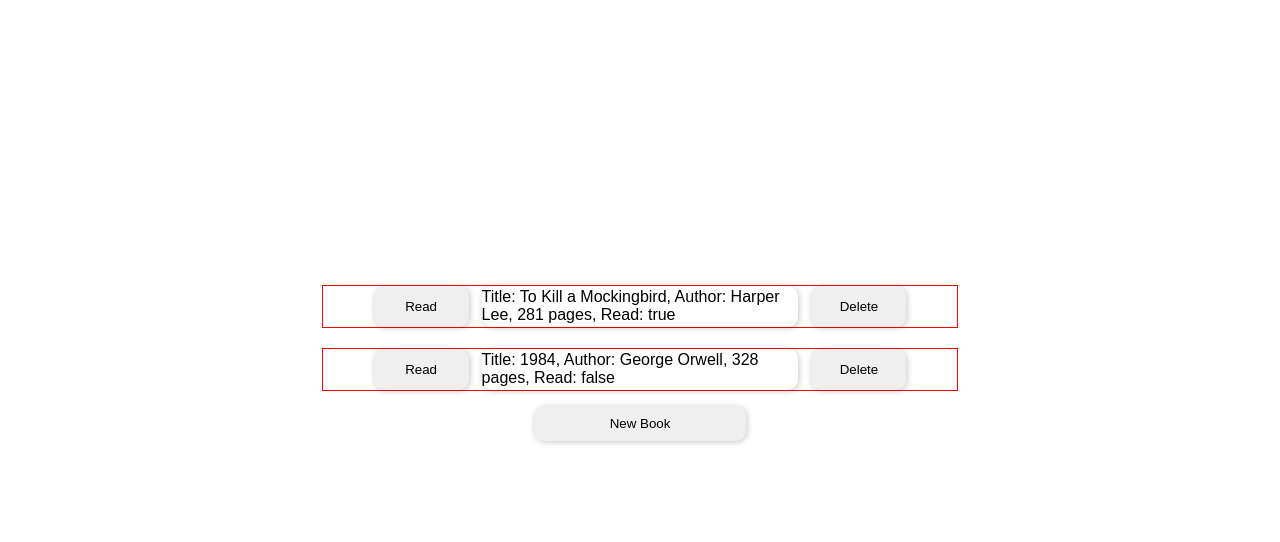
Repository: kocokoy/library
Page: index.html
An editor plug-in stored every save of this project. The page is shown before and after the next save, followed by the edit.
The browser window is 1280 px wide. The pictures show the whole page.

Above is the page before, as saved 2024-11-06 10:49:01.

### index.html
<!DOCTYPE html>
<html lang="en">
<head>
  <meta charset="UTF-8">
  <meta name="viewport" content="width=device-width, initial-scale=1.0">
  <link rel="stylesheet" href="style.css">
  <title>Document</title>
</head>
<body>
  <div class="container">
    <div class="display-button-card">
      <div class="book-display jsBookDisplay">
      </div>
      <button class="new-book-button jsNewBookButton">New Book</button>
    </div>
    <div class=" jsAddNewBookCardHolder hide-add-new-book-card-holder">
      <div class="add-new-book-card ">
        <div>
          <input class="jsBookTitle" type="text">
          <input class="jsBookAuthor" type="text">
          <input class="jsBookPages" type="text">
          <input class="jsBookRead" type="text">
          <button class="jsAddBook">Add</button>
        </div>
      </div>
    </div>

  </div>
<script src="script.js"></script>
</body>
</html>

### style.css
body{
  width: 100%;
  height: 100vh;
  padding: 0;
  margin: 0;
  font-family: Arial, Helvetica, sans-serif;
}
.container{
  display: flex;
  flex-direction: column;
  justify-content: center;
  align-items: center;
  height: 100%;
  width: 100%;
}
.display-button-card{
  display: flex;
  flex-direction: column;
  justify-content: center;
  align-items: center;

  width: 55%;
}
.book-display{
  display: flex;
  flex-direction: column;
  justify-content: center;
  align-items: center;
  width: 100%;
}

.book-card{
  display: flex;
  flex-direction: row;
  justify-content: center;
  align-items: center;
  margin: 10px;
  width: 90%;
  height: 100%;
  border: 1px solid red;
}

.book-card div{
  /* padding: 10px 0px; */
  border-radius: 10px;
  box-shadow: 1px 1px 6px  rgba(0, 0, 0, 0.219);
  width: 50%;
  height: 100%;
  display: flex;
  flex-direction: column;
  justify-content: center;
  align-items: center;
  margin: 0px 10px;
}

.book-card button{
  padding: 10px 0px;
  border-radius: 10px;
  border: none;
  width: 15%;
  height: 100%;
  box-shadow: 1px 1px 6px  rgba(0, 0, 0, 0.219);
}

.new-book-button{
  padding: 10px;
  margin: 5px;
  border-radius: 10px;
  border: none;
  box-shadow: 1px 1px 6px  rgba(0, 0, 0, 0.219);
  width: 19%;

  cursor: pointer;
  width: 30%;
}

/* add book card */

.hide-add-new-book-card-holder{
  display: none;
}

.add-new-book-card-holder{
  display: flex;
  flex-direction: column;
  align-items: center;
  justify-content: center;
  height: 100%;
  width: 100%;
  background-color: rgba(0, 0, 0, 0.137);
  position: absolute;

}
.add-new-book-card {
  background-color: white;
  box-shadow: 1px 1px 6px  rgba(0, 0, 0, 0.219);
  height: 50%;
  width: 30%;
  display: flex;
  flex-direction: column;
  align-items: center;
  justify-content: center;
  border-radius: 10px;

}

.add-new-book-card div{
  display: flex;
  flex-direction: column;
  align-items: center;
  justify-content: center;
}

input{
  padding: 5px;
  margin: 3px;
  border-radius: 10px;
  border: 1px solid black;
}

button{
  padding: 5px;
  margin: 3px;
  border-radius: 10px;
  border: 1px solid black;
  width: 97%;
}

### script.js
const bookTitleElement = document.querySelector('.jsBookTitle');
const bookAuthorElement = document.querySelector('.jsBookAuthor');
const bookPagesElement = document.querySelector('.jsBookPages');
const bookReadElement = document.querySelector('.jsBookRead');
const bookButtonElement = document.querySelector('.jsNewBookButton');
const bookDisplayElement = document.querySelector('.jsBookDisplay');
const addNewBookCardHolderElement = document.querySelector('.jsAddNewBookCardHolder');
const addBookElement = document.querySelector('.jsAddBook');

const myLibrary = [
  {title: 'To Kill a Mockingbird', author: 'Harper Lee', pages: 281, read: true},
  {title: '1984', author: 'George Orwell', pages: 328, read: false},
];


displayBookToLibrary();

function Book(title,author,pages,read) {
  this.title = title;
  this.author = author;
  this.pages = pages;
  this.read = read;
  this.info = function(){
    const bookObj = {
      title: this.title,
      author: this.author,
      pages: this.pages,
      read: this.read,
    }
    return bookObj;
  };
}

function addBookToLibrary() {
  const bookTitleValue = bookTitleElement.value;
  const bookAuthorValue = bookAuthorElement.value;
  const bookPagesValue = bookPagesElement.value;
  const bookReadValue = bookReadElement.value;
  bookTitleElement.value = '';
  bookAuthorElement.value = '';
  bookPagesElement.value = '';
  bookReadElement.value = '';
  if(!(bookTitleValue && bookAuthorValue && bookPagesValue && bookReadValue)){
    console.log('test');
  }else{
    const book = new Book(bookTitleValue,bookAuthorValue,bookPagesValue,bookReadValue);
    myLibrary.push(book.info());
  }

}

function displayBookToLibrary(){

  bookDisplayElement.innerHTML = '';

  myLibrary.forEach((book,i) => {
    const div = document.createElement('div');
    div.classList.add('book-card');
    div.setAttribute('data-id',i);
    div.innerHTML = `
      <button>Read</button>
      <div>Title: ${book.title}, Author: ${book.author}, ${book.pages} pages, Read: ${book.read}</div>
      <button>Delete</button>
    `
    div.ins
    bookDisplayElement.appendChild(div);
    console.log(book);
  })
}

bookButtonElement.addEventListener('click', () => {
  addNewBookCardHolderElement.classList.add('add-new-book-card-holder');
})

addBookElement.addEventListener('click', () => {
  addBookToLibrary();
  displayBookToLibrary();
  addNewBookCardHolderElement.classList.remove('add-new-book-card-holder');
})

After the next save:
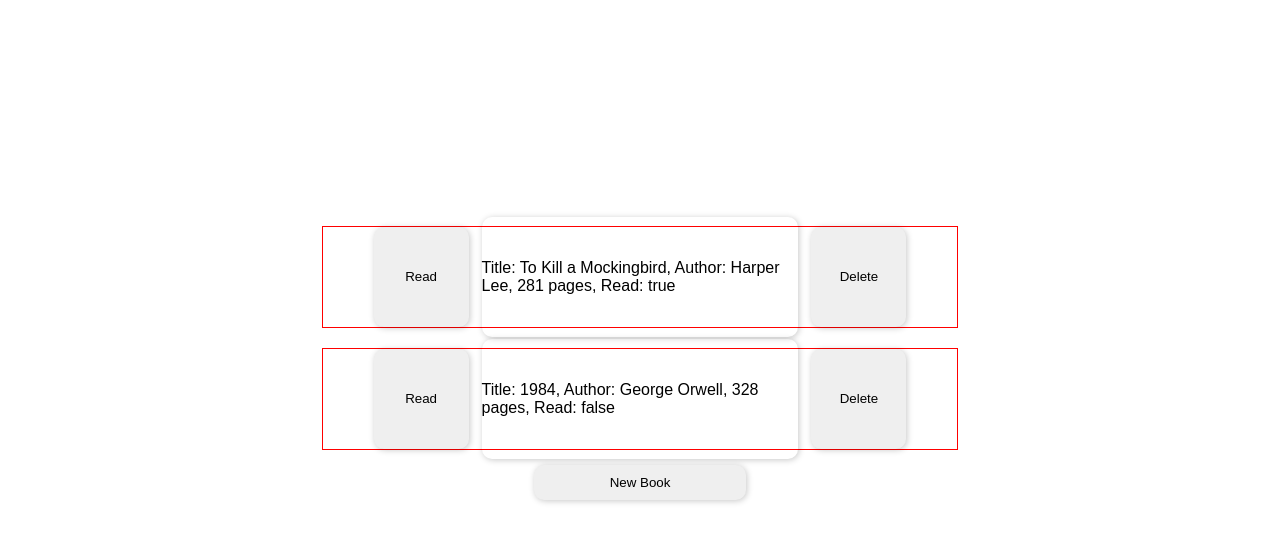
Saved 13 s later.
--- a/style.css
+++ b/style.css
@@ -36,12 +36,12 @@ body{
   align-items: center;
   margin: 10px;
   width: 90%;
-  height: 100%;
+  height: 100px;
   border: 1px solid red;
 }
 
 .book-card div{
-  /* padding: 10px 0px; */
+  padding: 10px 0px;
   border-radius: 10px;
   box-shadow: 1px 1px 6px  rgba(0, 0, 0, 0.219);
   width: 50%;
